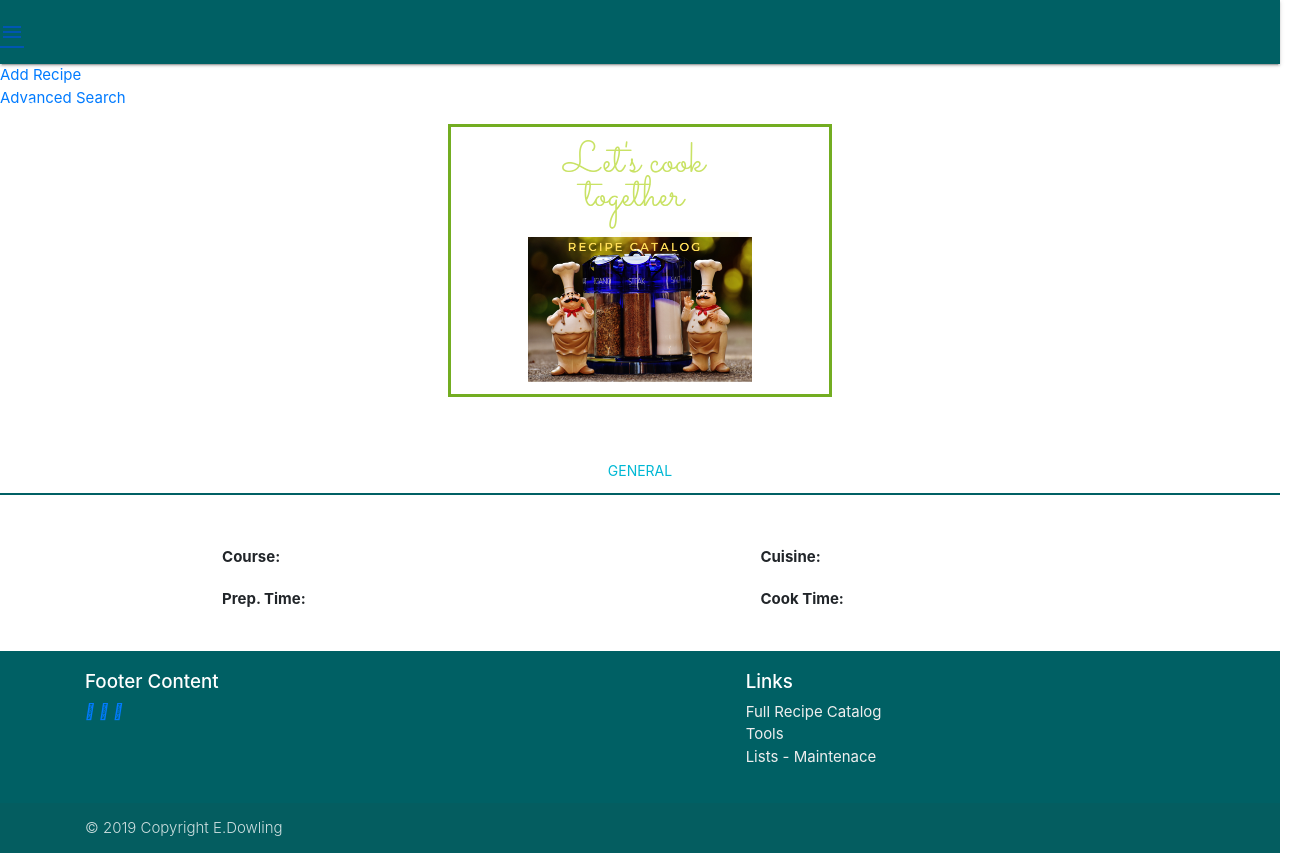
Repository: eldowling/lets-cook-together
Page: templates/recipe.html
The author's editor kept a record of every edit. The page is drawn from the files as they stood at one moment, then again after the next edit.
The browser window is 1280 px wide. The page is 1295 px wide, so the pictures cover 1295 px, including what lies to the right of the window. The pictures show the whole page.
Some web libraries are served in a nearby version. The page is served by the project's application, run on Flask 3 (app.py). The template is opened directly, without the code that normally fills it, so the values that code supplies are empty.

Above is the page before.
Console error: TypeError: $(...).collapsible is not a function

After the next edit:
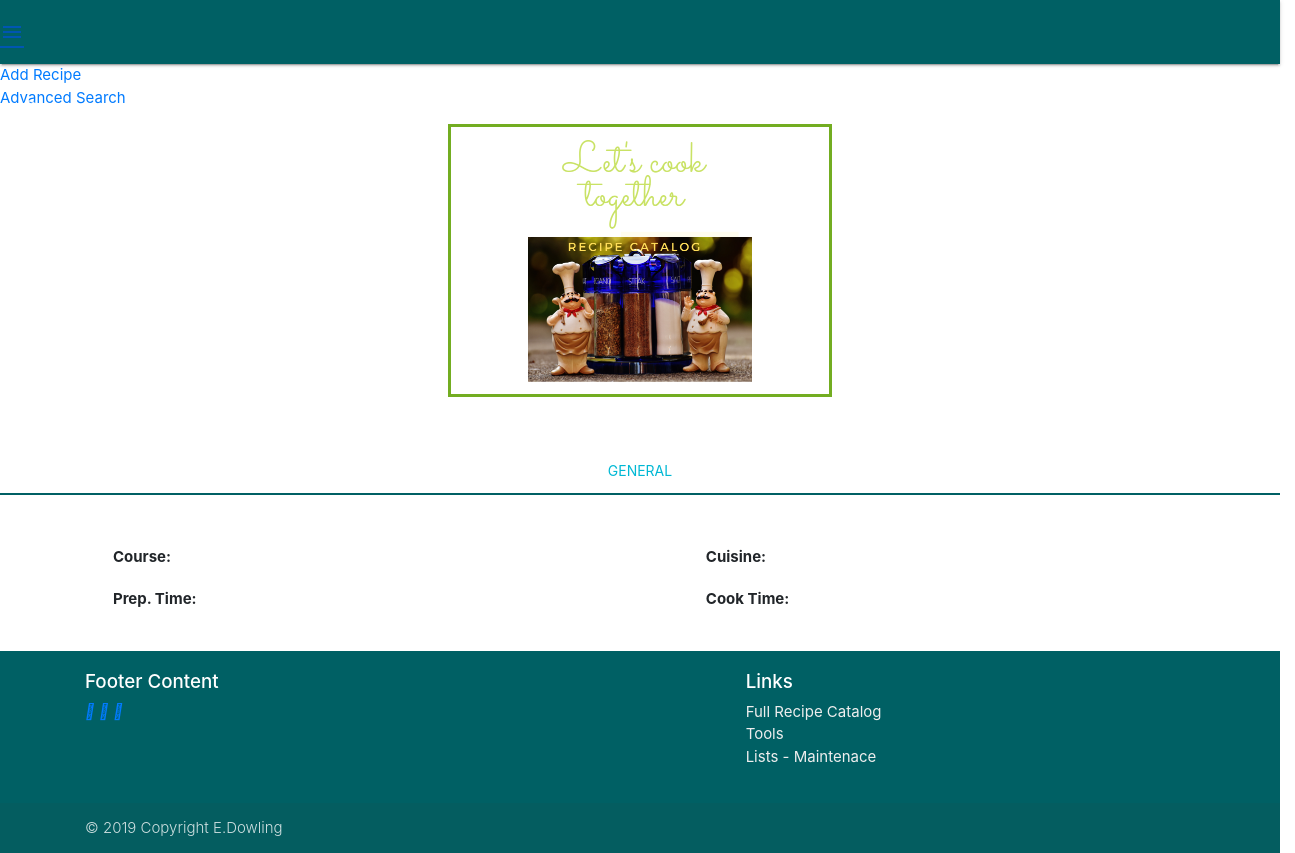
The edit:
--- a/templates/recipe.html
+++ b/templates/recipe.html
@@ -10,7 +10,7 @@
   <li class="tab col s3 "><a href="#prep">Prep. Steps</a></li>
 </ul>
 <div class="row">
-  <div class ="col s12 offset-s2">
+  <div class ="col s12 offset-s1">
     <div id="general" class="col s12">
       <div class="row">
         <div class="col s12">
